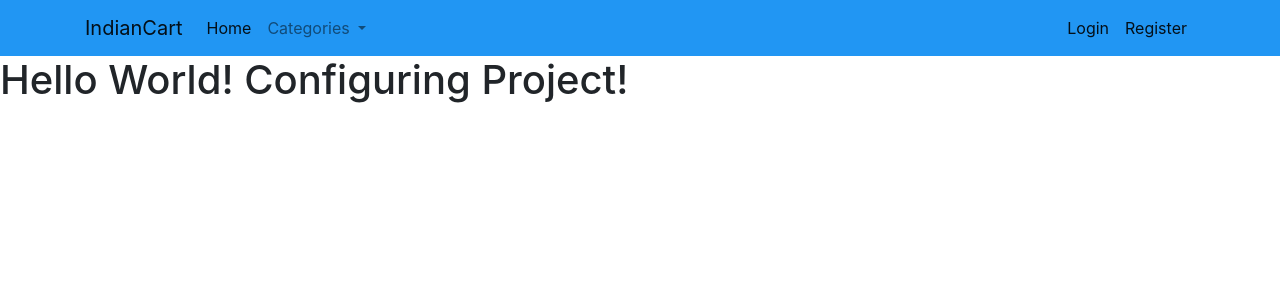
Repository: neerajchavan/E-Commerce-Project
Page: http://localhost/E-Commerce-Project/
An editor plug-in stored every save of this project. The page is shown before and after the next save, followed by the edit.
The browser window is 1280 px wide. The pictures show the whole page.
Some web libraries are served in a nearby version. The page is served by Tomcat 9.

Above is the page before, as saved 2020-10-07 15:00:45.

After the next save:
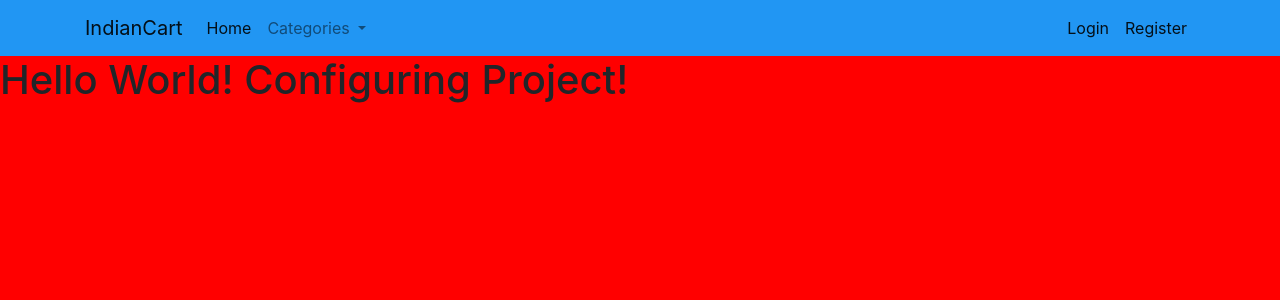
Saved 8 s later.
--- a/E-Commerce-Project/WebContent/CSS/Style.css
+++ b/E-Commerce-Project/WebContent/CSS/Style.css
@@ -3,5 +3,5 @@
 }
 
 body{
-	background:white;
+	background:red;
 }

After the 3 saves that followed:
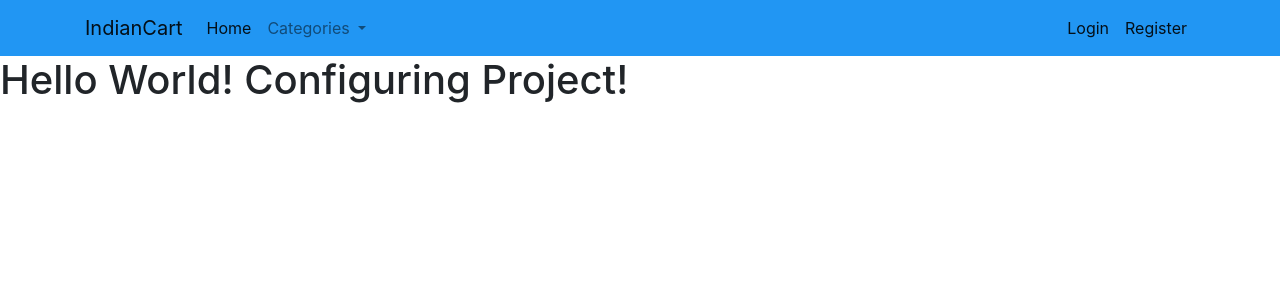
The 3 saves are shown as one change because 1 left the picture as it was and some came seconds apart.
The last was saved 46 s later.
--- a/E-Commerce-Project/WebContent/CSS/Style.css
+++ b/E-Commerce-Project/WebContent/CSS/Style.css
@@ -1,7 +1,3 @@
 .custom-bg{
 	background:#2196f3!important;
 }
-
-body{
-	background:red;
-}
